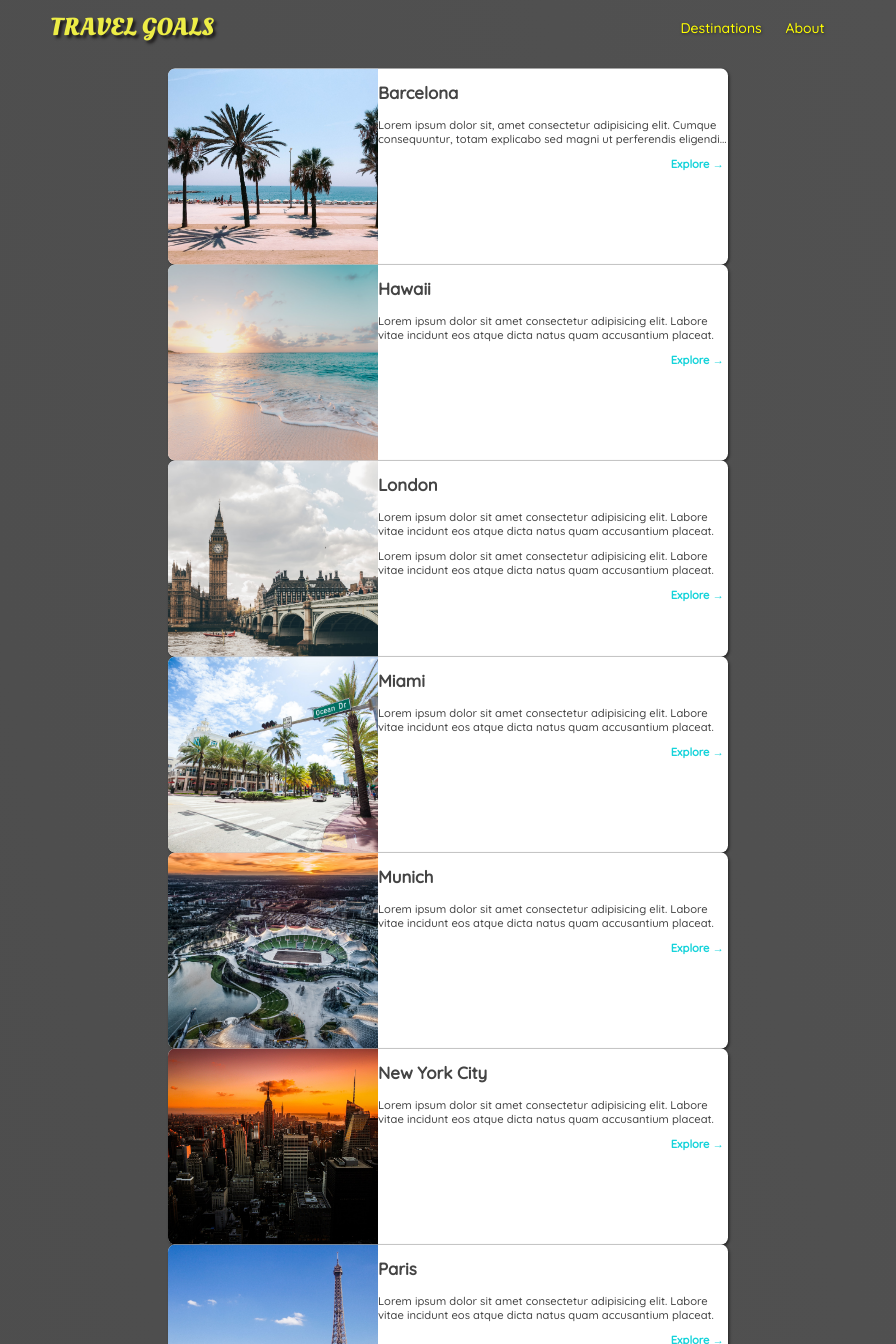
Repository: MicTomm/Travel-Goals
Page: places.html
These files come from the project's save history. The page is drawn as it stood at one moment and after the next save; the edit follows.
The browser window is 1280 px wide. The pictures show the part of the page from y = 0 to 1920 px (the page is 3048 px tall), at 70% of full size.

Above is the page before, as saved 2023-06-09 10:28:32.

### places.html
<!DOCTYPE html>
<html lang="it">

<head>
    <meta charset="UTF-8">
    <title>Travel Goals</title>
    <link rel="stylesheet"
        href="https://fonts.googleapis.com/css2?family=Raleway:wght@700&family=Oleo+Script:wght@700&family=Quicksand:wght@300;500&display=swap">
    <link href="/styles/shared.css" rel="stylesheet">
    <link href="/styles/places.css" rel="stylesheet">
</head>

<body>
    <header>
        <div id="logo">
            <a href="/index.html">Travel Goals</a>
        </div>
        <nav>
            <ul>
                <li><a href="/places.html">Destinations</a></li>
                <li><a href="">About</a></li>
            </ul>
        </nav>
    </header>
    <main>
        <ul>
            <li>
                <img src="images/places/barcelona.jpg" alt="Barcelona">
                <div class="item-content">
                    <div>
                        <h2>Barcelona</h2>
                        <p>
                            Lorem ipsum dolor sit, amet consectetur adipisicing elit. Cumque consequuntur, totam
                            explicabo sed magni ut perferendis eligendi...
                        </p>
                    </div>
                    <div class="actions">
                        <a href="https://en.wikipedia.org/wiki/Barcelona">Explore &#x2192</a>
                    </div>
                </div>
            </li>
            <li>
                <img src="images/places/hawaii.jpg" alt="Hawaii beach" />
                <div class="item-content">
                    <div>
                        <h2>Hawaii</h2>
                        <p>
                            Lorem ipsum dolor sit amet consectetur adipisicing elit. Labore
                            vitae incidunt eos atque dicta natus quam accusantium placeat.
                        </p>
                    </div>
                    <div class="actions">
                        <a href="https://en.wikipedia.org/wiki/Hawaii">Explore &#x2192</a>
                    </div>
                </div>
            </li>
            <li>
                <img src="images/places/london.jpg" alt="London city" />
                <div class="item-content">
                    <div>
                        <h2>London</h2>
                        <p>
                            Lorem ipsum dolor sit amet consectetur adipisicing elit. Labore
                            vitae incidunt eos atque dicta natus quam accusantium placeat.
                        </p>
                        <p>
                            Lorem ipsum dolor sit amet consectetur adipisicing elit. Labore
                            vitae incidunt eos atque dicta natus quam accusantium placeat.
                        </p>
                    </div>
                    <div class="actions">
                        <a href="https://en.wikipedia.org/wiki/London">Explore &#x2192</a>
                    </div>
                </div>
            </li>
            <li>
                <img src="images/places/miami.jpg" alt="Miami streets" />
                <div class="item-content">
                    <div>
                        <h2>Miami</h2>
                        <p>
                            Lorem ipsum dolor sit amet consectetur adipisicing elit. Labore
                            vitae incidunt eos atque dicta natus quam accusantium placeat.
                        </p>
                    </div>
                    <div class="actions">
                        <a href="https://en.wikipedia.org/wiki/Miami">Explore &#x2192</a>
                    </div>
                </div>
            </li>
            <li>
                <img src="images/places/munich.jpg" alt="Munich football stadium" />
                <div class="item-content">
                    <div>
                        <h2>Munich</h2>
                        <p>
                            Lorem ipsum dolor sit amet consectetur adipisicing elit. Labore
                            vitae incidunt eos atque dicta natus quam accusantium placeat.
                        </p>
                    </div>
                    <div class="actions">
                        <a href="https://en.wikipedia.org/wiki/Munich">Explore &#x2192</a>
                    </div>
                </div>
            </li>
            <li>
                <img src="images/places/new-york-city.jpg" alt="New York City skyline" />
                <div class="item-content">
                    <div>
                        <h2>New York City</h2>
                        <p>
                            Lorem ipsum dolor sit amet consectetur adipisicing elit. Labore
                            vitae incidunt eos atque dicta natus quam accusantium placeat.
                        </p>
                    </div>
                    <div class="actions">
                        <a href="https://en.wikipedia.org/wiki/New_York_City">Explore &#x2192</a>
                    </div>
                </div>
            </li>
            <li>
                <img src="images/places/paris.jpg" alt="Paris city" />
                <div class="item-content">
                    <div>
                        <h2>Paris</h2>
                        <p>
                            Lorem ipsum dolor sit amet consectetur adipisicing elit. Labore
                            vitae incidunt eos atque dicta natus quam accusantium placeat.
                        </p>
                    </div>
                    <div class="actions">
                        <a href="https://en.wikipedia.org/wiki/Paris">Explore &#x2192</a>
                    </div>
                </div>
            </li>
            <li>
                <img src="images/places/sydney.jpg" alt="Sydney beach" />
                <div class="item-content">
                    <div>
                        <h2>Sydney</h2>
                        <p>
                            Lorem ipsum dolor sit amet consectetur adipisicing elit. Labore
                            vitae incidunt eos atque dicta natus quam accusantium placeat.
                        </p>
                    </div>
                    <div class="actions">
                        <a href="https://en.wikipedia.org/wiki/Sydney">Explore &#x2192</a>
                    </div>
                </div>
            </li>
            <li>
                <img src="images/places/tokyo.jpg" alt="Tokyo skyline" />
                <div class="item-content">
                    <div>
                        <h2>Tokyo</h2>
                        <p>
                            Lorem ipsum dolor sit amet consectetur adipisicing elit. Labore
                            vitae incidunt eos atque dicta natus quam accusantium placeat.
                        </p>
                    </div>
                    <div class="actions">
                        <a href="https://en.wikipedia.org/wiki/Tokyo">Explore &#x2192</a>
                    </div>
                </div>
            </li>
            <li>
                <img src="images/places/bali.jpg" alt="Bali beach" />
                <div class="item-content">
                    <div>
                        <h2>Bali</h2>
                        <p>
                            Lorem ipsum dolor sit amet consectetur adipisicing elit. Labore
                            vitae incidunt eos atque dicta natus quam accusantium placeat.
                        </p>
                    </div>
                    <div class="actions">
                        <a href="https://en.wikipedia.org/wiki/Bali">Explore &#x2192</a>
                    </div>
                </div>
            </li>
        </ul>
    </main>
    <footer>
        <ul>
            <li>
                <a href="https://www.facebook.com/" title="facebook">
                    <img src="/images/icons/facebook.png" alt="facebook-icon">
                </a>
            </li>
            <li>
                <a href="https://www.instagram.com/" title="instagram">
                    <img src="/images/icons/insta.png" alt="instagram-icon">
                </a>
            </li>
    </footer>
</body>

</html>

### styles/shared.css
body {
    margin: 0px;
    font-family: 'Quicksand', sans-serif;
}

ul {
    list-style: none;
    padding: 0px;
    margin: 0px;
}

header {
    display: flex;
    justify-content: space-between;
    align-items: center;
    padding: 15px 60px;
    position: absolute;
    width: 100%;
    top: 0;
    left: 0;
    box-sizing: border-box;
}

header ul {
    margin: 10px;
    display: flex;
    justify-content: space-between;
    width: 250px;
}

header li {
    width: 100px;
}

header a {
    color: yellow;
    text-decoration: none;
    font-size: 20px;
    padding: 12px;
    text-shadow: 1px 1px 4px rgba(0, 0, 0, 0.5);
}

header a:hover {
    background-color: yellow;
    box-shadow: 2px 2px 4px rgba(0, 0, 0, 0.5);
    color: rgb(67, 60, 60);
    text-shadow: 1px 1px 2px rgb(0, 0, 0, 0.5);
    border-radius: 8px;
}

footer{
    background: linear-gradient(70deg, rgb(24, 24, 24), rgb(23, 23, 29));
    padding: 25px;
}

footer ul{
    display: flex;
    justify-content: center;
}

footer li{
    width: 80px;
    height: 80px;
    margin: 0px 10px;
}

footer img{
    width: 100%;
    height: 100%;
}

#logo a {
    font-family: 'Oleo script', sans-serif;
    font-size: 35px;
    text-decoration: none;
    color: rgb(237, 237, 70);
    text-shadow: 4px 4px 4px rgb(31, 29, 29);
    text-transform: uppercase;
}

#logo a:hover {
    background-color: transparent;

}

### styles/places.css
body {
    background: linear-gradient(77deg, rgb(77, 77, 77), rgb(81, 81, 81));
    color: rgb(68, 68, 68);
}

/*
    position: static sovrascrive il comportamento impostato per l'header nel file shared.css, al fine
    di evitare la sovrapposizione delle prime card sull'header
*/
header {
    position: static;
}

main ul {
    width: 800px;
    margin: 20px auto;
}

main li {
    display: flex;
    background-color: white;
    border-radius: 10px;
    overflow: hidden;
    box-shadow: 2px 2px 4px rgba(0, 0, 0, 0.5);
}

main li img {
    height: 280px;
    width: 300px;
    object-fit: cover;
}

.card-content{
    margin: 0px 12px;
    padding: 15px 0px;
    display: flex;
    flex-direction: column;
    justify-content: space-between;

}

/*card "explore link"*/
.actions{
    text-align: right;
}

.actions a{
    text-decoration: none;
    color: rgb(22, 211, 218);
    border-radius: 8px;
    box-shadow: 2px, 2px, 4px, black;
    padding:6px;
    font-weight: 600;
}

.actions a:hover{
    text-shadow: 1px 1px 2px  rgb(6, 150, 155) ;
    background-color:rgb(227, 251, 251);
}

After the next save:
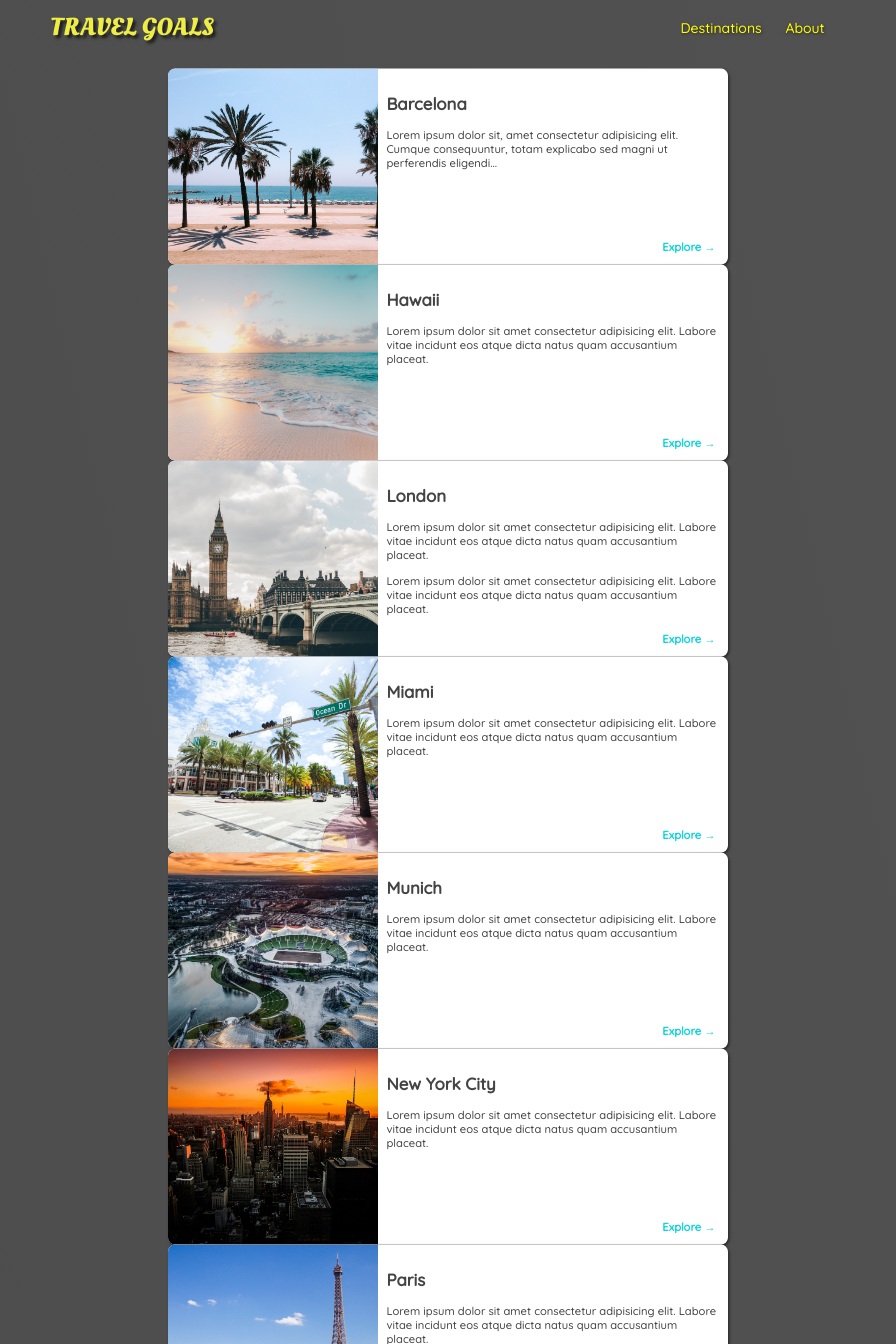
Saved 31 s later.
--- a/styles/places.css
+++ b/styles/places.css
@@ -30,7 +30,8 @@ main li img {
     object-fit: cover;
 }
 
-.card-content{
+/*card-content*/
+.item-content{
     margin: 0px 12px;
     padding: 15px 0px;
     display: flex;
